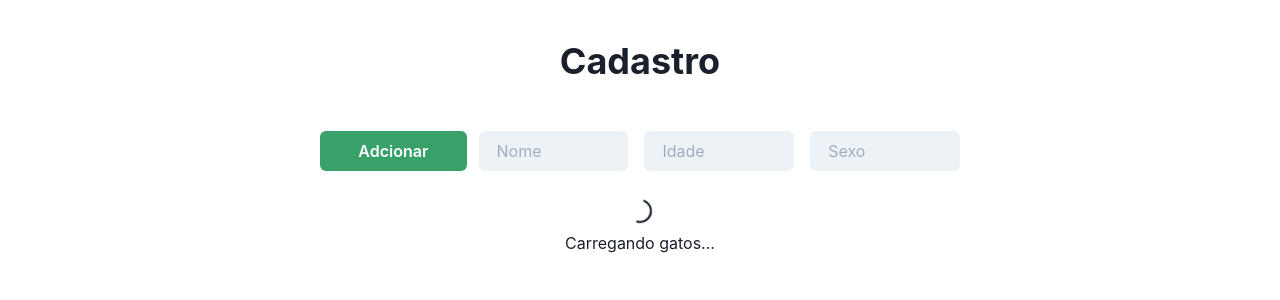
Repository: thislucasme/front-end-cats-react.js
Page: /cadastro
An editor plug-in stored every save of this project. The page is shown before and after the next save, followed by the edit.
The browser window is 1280 px wide. The pictures show the whole page.
The page's requests for data from a server got no answer. The project was rebuilt for these pictures with package versions that can differ from the ones it lists, and the page was loaded fresh each time. No one was signed in, and anything a server would have sent is missing.

Above is the page before, as saved 2021-10-27 15:48:23.

### src/index.tsx
import { ColorModeScript } from "@chakra-ui/react"
import * as React from "react"
import ReactDOM from "react-dom"
import { App } from "./App"
import reportWebVitals from "./reportWebVitals"
import * as serviceWorker from "./serviceWorker"
import { ChakraProvider, theme } from '@chakra-ui/react'

ReactDOM.render(
  <React.StrictMode>
    <ColorModeScript />
    <ChakraProvider theme={theme}>
      <App />
    </ChakraProvider>
  </React.StrictMode>,
  document.getElementById("root"),
)

// If you want your app to work offline and load faster, you can change
// unregister() to register() below. Note this comes with some pitfalls.
// Learn more about service workers: https://cra.link/PWA
serviceWorker.unregister()

// If you want to start measuring performance in your app, pass a function
// to log results (for example: reportWebVitals(console.log))
// or send to an analytics endpoint. Learn more: https://bit.ly/CRA-vitals
reportWebVitals()

### src/App.tsx
import React from "react";
import { Cadastro } from "./pages/cadastro.gatos";
import { BrowserRouter, Switch, Route } from "react-router-dom";


export const App: React.FC = () => {
  return (
    <BrowserRouter>
      <Switch>
        <Route exact path={'/cadastro'} component={Cadastro} />
      </Switch>
    </BrowserRouter>
  );
}

### src/pages/cadastro.gatos.tsx
import { Button, Flex, Input, Container, Heading, VStack, Center } from "@chakra-ui/react";
import axios from "axios";
import React, { useState } from "react";
import { Lista } from "../components/lista.gatos";
import useSWR from "swr";
export const Cadastro = () => {
	const [nome, setNome] = useState("");
	const [idade, setIdade] = useState("");
	const [sexo, setSexo] = useState("");


	const apiRequest = (url: string) => axios.get(url).then(response => response.data);

	//get all data
	const { data, error, mutate } = useSWR('http://localhost:3000/cats', apiRequest);

	const salvar = () => {

		const dadosTemp = {
			nome: nome,
			idade: Number(idade),
			sexo: sexo
		}

		axios.post('http://localhost:3000/cats/cat', dadosTemp)
			.then(result => {
				console.log("salvo");
				mutate();

			}).catch(error => {
				console.log("erro ao salvar")
			});
	}
	function onDeleteGato(id: number) {
		axios.delete('http://localhost:3000/cats/' + id)
			.then(response => {
				mutate();
			})
	}

	return (
		<Center>
			<VStack w="50%">
				<Heading my={10}>Cadastro</Heading>
				<Flex w="full" mt={5}>
					<Button mr={3} w="full" colorScheme="green" onClick={() => { salvar() }}>Adcionar</Button>
					<Input valule={nome} onChange={(e) => { setNome(e.target.value) }} variant="filled" placeholder="Nome" />
					<Input valule={idade} onChange={(e) => { setIdade(e.target.value) }} ml={4} variant="filled" placeholder="Idade" />
					<Input valule={sexo} onChange={(e) => { setSexo(e.target.value) }} ml={4} variant="filled" placeholder="Sexo" />
				</Flex>

				<Lista gatos={data} onDelete={onDeleteGato} error={error} />
			</VStack>
		</Center>
	);
}

### src/components/lista.gatos.tsx
import React from "react";
import { Button, Table, Tbody, Td, Th, Thead, Tr, Image, Spinner, VStack, Text, AlertIcon, Alert } from "@chakra-ui/react";
import { Cat } from "../cat.interface";


type Props = {
	gatos: Array<any>,
	error: any,
	onDelete: (id: number) => void
}

export const Lista = (props: Props) => {


	if (!props.gatos) return (
		<VStack>
			<Spinner mt={5} />
			<Text>Carregando gatos...</Text>
		</VStack>
	);

	if (props.error) {
		return (
			<Alert status="error">
				<AlertIcon />
				Ocorreu um erro
			</Alert>
		);
	}

	return (
		<Table mt={5} variant="simple">
			<Thead>
				<Tr>
					<Th>ID</Th>
					<Th>Nome</Th>
					<Th>Idade</Th>
					<Th>Sexo</Th>
					<Th>Ação</Th>
				</Tr>
			</Thead>
			<Tbody>
				{
					props.gatos?.map((res: Cat) => (
						<Tr key={res.idGato} color={"gray"} fontSize={"md"}>
							<Td>{res.idGato}</Td>
							<Td>{res.nome}</Td>
							<Td>{res.idade}</Td>
							<Td>{res.sexo}</Td>
							<Td><Button ml={4} variant={"ghost"} onClick={() => { props.onDelete(res.idGato) }}><Image src="https://i.ibb.co/89zmrZs/delete.png" /></Button></Td>
						</Tr>
					)).reverse()
				}

			</Tbody>

		</Table>
	);
}

### src/components/menu.tsx
import { Box, Flex, Spacer } from "@chakra-ui/react";
import React from "react";
export const Menu = () => {
	return (
		<>
			<Flex>
				<Box p="4" bg="red.400">
					Box 1
				</Box>
				<Spacer />
				<Box p="4" bg="green.400">
					Box 2
				</Box>
			</Flex>
		</>
	);
}

Loaded but not shown: public/index.html (common file); src/reportWebVitals.ts (common file); src/serviceWorker.ts (common file)

After the next save:
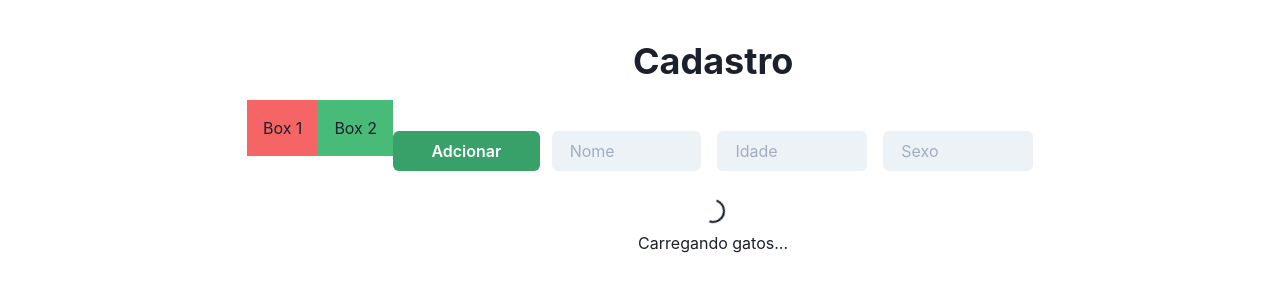
Saved 16 s later.
--- a/src/pages/cadastro.gatos.tsx
+++ b/src/pages/cadastro.gatos.tsx
@@ -3,6 +3,7 @@ import axios from "axios";
 import React, { useState } from "react";
 import { Lista } from "../components/lista.gatos";
 import useSWR from "swr";
+import { Menu } from "../components/menu";
 export const Cadastro = () => {
 	const [nome, setNome] = useState("");
 	const [idade, setIdade] = useState("");
@@ -40,6 +41,7 @@ export const Cadastro = () => {
 
 	return (
 		<Center>
+			<Menu />
 			<VStack w="50%">
 				<Heading my={10}>Cadastro</Heading>
 				<Flex w="full" mt={5}>
